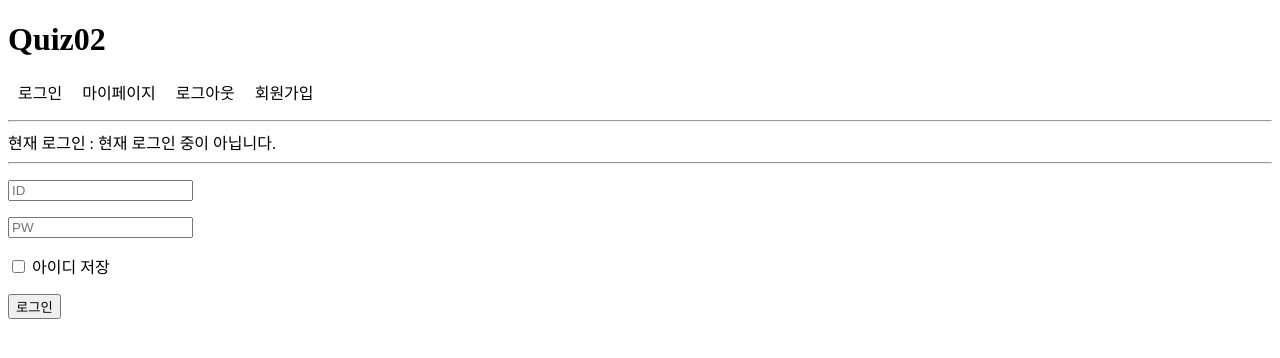
Repository: ChimmyWorld/JSP
Page: http://localhost/Day50/quiz2/login.jsp
The author's editor kept a copy of each file at every save. The page is drawn from the files as they stood at one save, then again after the next save.
The browser window is 1280 px wide. The pictures show the whole page.
The page is served by Tomcat 9. Other server files are loaded and not shown.

Above is the page before, as saved 2023-09-19 05:58:31.

### Day50/WebContent/quiz2/login.jsp
<%@ page language="java" contentType="text/html; charset=UTF-8"
    pageEncoding="UTF-8"%>
<%@ include file="header.jsp" %>

<%
	Cookie[] cs = request.getCookies();

	String userid, save;
	userid = save = "";

	if (cs != null) {
		for (int i=0; i < cs.length; i++) {
			switch(cs[i].getName()){
			case "userid": userid = cs[i].getValue(); break;
			case "save": save = cs[i].getValue(); break;
			}
		}
	}
%>

<article>
	<form action="loginPro.jsp" method="POST">
		<p><input id ="userid" name="userid" placeholder="ID"></p>
		<p><input id="userpw" type="password" name="userpw" placeholder="PW"></p>
		<p>
			<input id="save" name="save" type="checkbox" <%=save %>>
			<label for="save">아이디 저장</label>
		</p>
		<button>로그인</button>
	</form>
</article>

</body>
</html>

### Day50/WebContent/quiz2/header.jsp
<%@page import="beans.AccountVO"%>
<%@ page language="java" contentType="text/html; charset=UTF-8"
    pageEncoding="UTF-8"%>
<!DOCTYPE html>
<html>
<head>
<meta charset="UTF-8">
<title>header.jsp</title>

<link rel="stylesheet" href="../css/style.css">
</head>
<body>
	<jsp:useBean id="dao" class="model.AccountDAO"/>

	<%
		AccountVO user = (AccountVO)session.getAttribute("user");

		String login = "logout";
		String myPage = "myPage";

		if (user == null) {
			user = new AccountVO();
			user.setNick("현재 로그인 중이 아닙니다.");

			login = "login";
			myPage ="";
		}
	%>

	<h1>Quiz02</h1>

	<ul class="menu">
		<li><a href="login.jsp">로그인</a></li>
		<li><a href="myPage.jsp">마이페이지</a>
		<li><a href="logout.jsp">로그아웃</a>
		<li><a href="signUp.jsp">회원가입</a>
	</ul>

	<hr>
	<div>현재 로그인 : <%=user.getNick() %></div>
	<hr>

</body>
</html>

### Day50/src/model/DAO.java
package model;

import java.sql.Connection;
import java.sql.PreparedStatement;
import java.sql.ResultSet;
import java.sql.SQLException;
import java.sql.Statement;

import javax.naming.Context;
import javax.naming.InitialContext;
import javax.naming.NamingException;
import javax.sql.DataSource;

public class DAO {
	protected Context ct;
	protected DataSource ds;

	protected Connection conn;
	protected Statement stmt;
	protected PreparedStatement pstmt;
	protected ResultSet rs;

	public DAO() {
		try {
			ct = new InitialContext();
			ds = (DataSource) ct.lookup("java:comp/env/jdbc/oracle");



		} catch (NamingException e) {
			System.err.println("생성자 예외" + e.getMessage());
		} finally {
			close();
		}

	}

	protected void close() {
		try {
			if (rs != null) rs.close();
			if (pstmt != null) pstmt.close();
			if (stmt != null) stmt.close();
			if (conn != null) conn.close();

		} catch (Exception e) {}
	}

	public String test() {
		String sql = "select banner from v$version";
		try {
			conn = ds.getConnection();
			stmt = conn.createStatement();
			rs = stmt.executeQuery(sql);

			rs.next();

			return rs.getString("banner");

		} catch (SQLException e) {
			System.err.println("test 예외 :" + e.getMessage());
		} finally {
			close();
		}

		return null;
	}
}

### Day50/src/model/AccountDAO.java
package model;

import java.sql.ResultSet;
import java.sql.SQLException;
import java.util.ArrayList;
import java.util.List;

import beans.AccountVO;

public class AccountDAO extends DAO{

	private AccountVO mapper(ResultSet rs) throws SQLException{
		AccountVO row = new AccountVO();

		row.setEmail(rs.getString("email"));
		row.setIdx(rs.getInt("idx"));
		row.setJoin_date(rs.getDate("join_date"));
		row.setNick(rs.getString("nick"));
		row.setUserid(rs.getString("userid"));
		row.setUserpw(rs.getString("userpw"));

		return row;
	}

	public List<AccountVO> selectAll(){
		String sql = "select * from account";

		try {
			conn = ds.getConnection();
			stmt = conn.createStatement();
			rs = stmt.executeQuery(sql);

			List<AccountVO> list = new ArrayList<>();

			while (rs.next()) {
				AccountVO row = mapper(rs);
				list.add(row);
			}

			return list;
		} catch(SQLException e) {
			System.err.println("selectAll 예외" + e.getMessage());
		} finally {
			close();
		}
		return null;
	}

	public AccountVO selectOne(AccountVO input) {
		String sql = "select * "
				+ "from account where "
				+ "userid = ? "
				+ "and userpw = ?";

		try {
			conn = ds.getConnection();
			pstmt = conn.prepareStatement(sql);

			pstmt.setString(1, input.getUserid());
			pstmt.setString(2, input.getUserpw());

			rs = pstmt.executeQuery();
			rs.next();

			AccountVO row = mapper(rs);

			return row;
		} catch (SQLException e) {
			System.err.println("selectOne 예외 " + e.getMessage());
		} finally {
			close();
		}
		return null;
	}

}

### Day50/src/beans/AccountVO.java
package beans;
/*
 IDX       NOT NULL NUMBER
USERID    NOT NULL VARCHAR2(20)
USERPW    NOT NULL VARCHAR2(20)
NICK      NOT NULL VARCHAR2(100)
EMAIL     NOT NULL VARCHAR2(100)
JOIN_DATE          DATE
 */

import java.sql.Date;

public class AccountVO {
	private int idx;
	private String userid;
	private String userpw;
	private String nick;
	private String Email;
	private Date join_date;
	public int getIdx() {
		return idx;
	}
	public void setIdx(int idx) {
		this.idx = idx;
	}
	public String getUserid() {
		return userid;
	}
	public void setUserid(String userid) {
		this.userid = userid;
	}
	public String getUserpw() {
		return userpw;
	}
	public void setUserpw(String userpw) {
		this.userpw = userpw;
	}
	public String getNick() {
		return nick;
	}
	public void setNick(String nick) {
		this.nick = nick;
	}
	public String getEmail() {
		return Email;
	}
	public void setEmail(String email) {
		Email = email;
	}
	public Date getJoin_date() {
		return join_date;
	}
	public void setJoin_date(Date join_date) {
		this.join_date = join_date;
	}





}

### Day50/WebContent/css/style.css
@charset "UTF-8";
a{
	color: inherit;
	text-decoration: none;
}
nav {
	display: flex;
	justify-content: space-between;
}
.menu {
	list-style: none;
	padding: 0;
	display: flex;
}
.menu > li {
	margin: 0 10px;
}
.accounts{
	border-collapse: collapse;
}
.accounts th, .accounts td {
	border: 1px solid #a0a0a0;
	padding: 5px 10px;
}

After the next save:
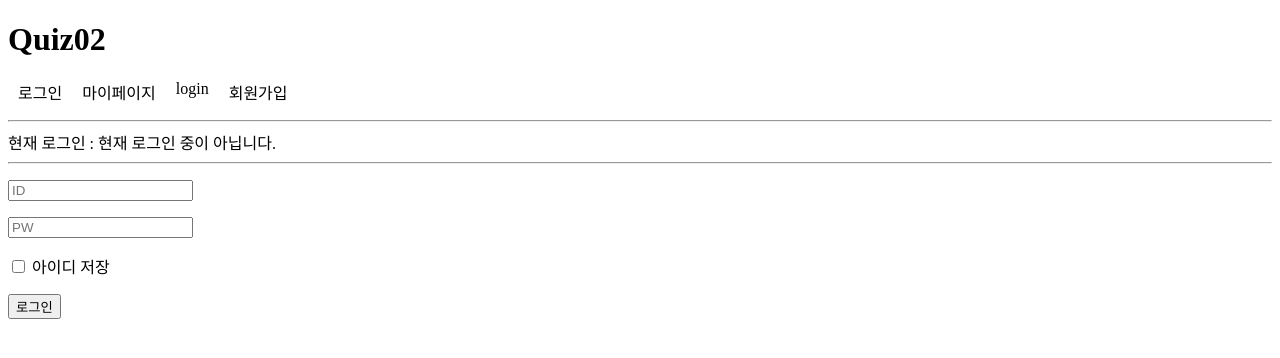
Saved 21 s later.
--- a/Day50/WebContent/quiz2/header.jsp
+++ b/Day50/WebContent/quiz2/header.jsp
@@ -32,7 +32,7 @@
 	<ul class="menu">
 		<li><a href="login.jsp">로그인</a></li>
 		<li><a href="myPage.jsp">마이페이지</a>
-		<li><a href="logout.jsp">로그아웃</a>
+		<li><a href="logout.jsp"><%=login %></a>
 		<li><a href="signUp.jsp">회원가입</a>
 	</ul>
 
